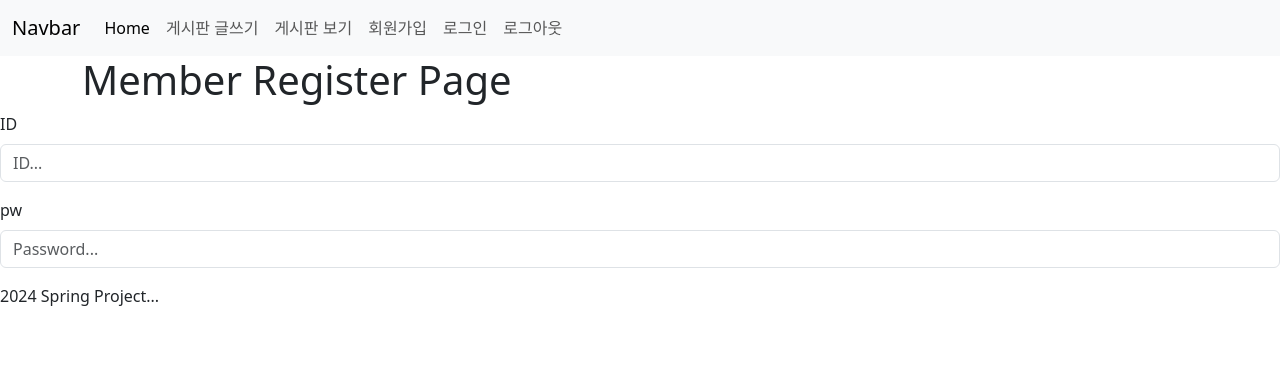
Repository: leegangjin/springTest240430
Page: http://localhost/spring_study/WEB-INF/views/member/login.jsp
The author's editor kept a copy of each file at every save. The page is drawn from the files as they stood at one save, then again after the next save.
The browser window is 1280 px wide. The pictures show the whole page.
The page is served by Tomcat 9. Nobody is signed in. The template is opened directly, without the code that normally fills it, so the values that code supplies are empty.

Above is the page before, as saved 2024-04-25 07:45:18.

After the next save:
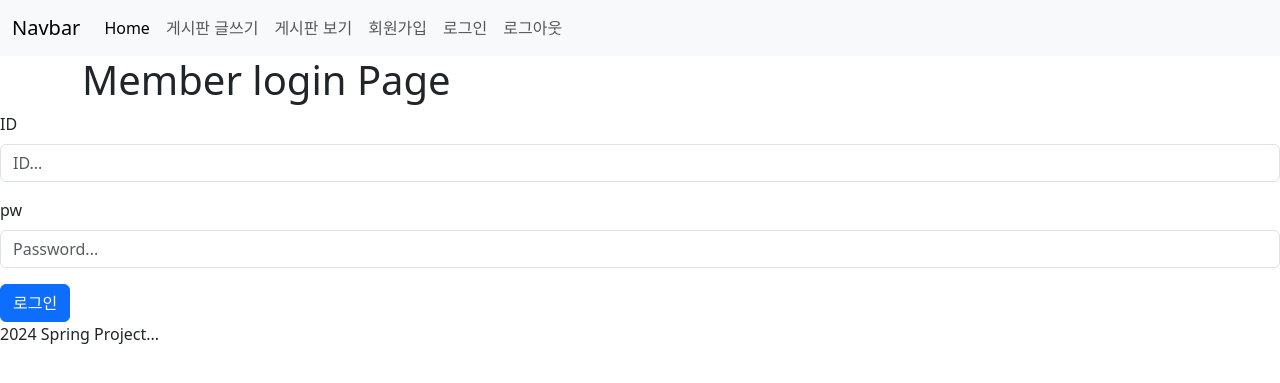
Saved 17 s later.
--- a/spring_study/src/main/webapp/WEB-INF/views/member/login.jsp
+++ b/spring_study/src/main/webapp/WEB-INF/views/member/login.jsp
@@ -1,10 +1,11 @@
 <%@ page language="java" contentType="text/html; charset=UTF-8"
     pageEncoding="UTF-8"%>
 <jsp:include page="../layout/header.jsp" />
+
 <div class="container-md">
-	<h1>Member Register Page</h1>
+	<h1>Member login Page</h1>
 	</div>
-	<form action="/member/register" method="post">
+	<form action="/member/login" method="post">
 		<div class="mb-3">
 			<label for="i" class="form-label">ID</label> <input
 				type="text" class="form-control" name="id" id="i"
@@ -15,5 +16,6 @@
 			<input type="password" class="form-control" name="pw" id="p"
 				placeholder="Password...">
 		</div>
+		<button type="submit" class="btn btn-primary">로그인</button>
 		</form>
 		<jsp:include page="../layout/footer.jsp" />
